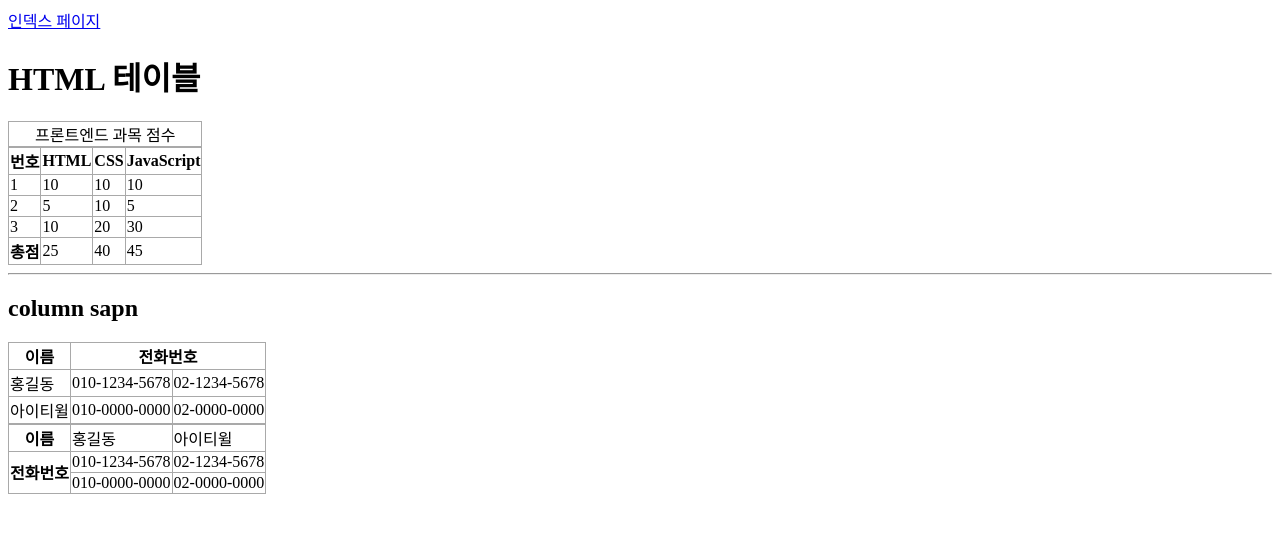
Repository: Sid0130/HTML
Page: lab-web/lab01_html/src/main/webapp/table.html
These files come from the project's save history. The page is drawn as it stood at one moment and after the next save; the edit follows.
The browser window is 1280 px wide. The pictures show the whole page.

Above is the page before, as saved 2024-12-03 08:03:30.

### lab-web/lab01_html/src/main/webapp/table.html
<!DOCTYPE html>
<html>
	<head>
		<meta charset="UTF-8">
		<title>Lab01</title>

        <!-- CSS 설정: -->
        <style>
            table, th, td, caption {
                border: 1px solid darkgray;
                border-collapse: collapse;
            }
        </style>
	</head>
	<body>
		<a href="index.html">인덱스 페이지</a>

        <h1>HTML 테이블</h1>
        <table>
            <caption>프론트엔드 과목 점수</caption>
                <thead> <!-- table header(표 머릿글): 컬럼 이름 -->
                    <tr> <!-- table row(표 행) -->
                        <th>번호</th> <!-- table cell header -->
                        <th>HTML</th>
                        <th>CSS</th>
                        <th>JavaScript</th>
                    </tr>
                </thead>
                <tbody> <!-- table body(표 몸통) -->
                    <tr>
                        <td>1</td><!-- table cell data -->
                        <td>10</td>
                        <td>10</td>
                        <td>10</td>
                    </tr>
                    <tr>
                        <td>2</td>
                        <td>5</td>
                        <td>10</td>
                        <td>5</td>
                    </tr>
                    <tr>
                        <td>3</td>
                        <td>10</td>
                        <td>20</td>
                        <td>30</td>
                    </tr>
                </tbody>
                <tfoot> <!-- table footer(표 꼬릿글) -->
                    <tr>
                        <th>총점</th>
                        <td>25</td>
                        <td>40</td>
                        <td>45</td>
                    </tr>
                </tfoot>
        </table>

        <hr>
        <h2>column sapn</h2>

        <table>
            <thead>
                <tr>
                    <th>이름</th>
                    <th colspan="2">전화번호</th>
                </tr>
            </thead>
            <tbody>
                <tr>
                    <td>홍길동</td>
                    <td>010-1234-5678</td>
                    <td>02-1234-5678</td>
                </tr>
                <tr>
                    <td>아이티윌</td>
                    <td>010-0000-0000</td>
                    <td>02-0000-0000</td>
                </tr>
            </tbody>
        </table>

        <table>
            <tbody>
                <tr>
                    <th>이름</th>
                    <td>홍길동</td>
                    <td>아이티윌</td>
                </tr>
                <tr>
                    <th rowspan="2">전화번호</th>
                    <td>010-1234-5678</td>
                    <td>02-1234-5678</td>
                </tr>
                    <td>010-0000-0000</td>
                    <td>02-0000-0000</td>
            </tbody>
        </table>
	</body>
</html>

After the next save:
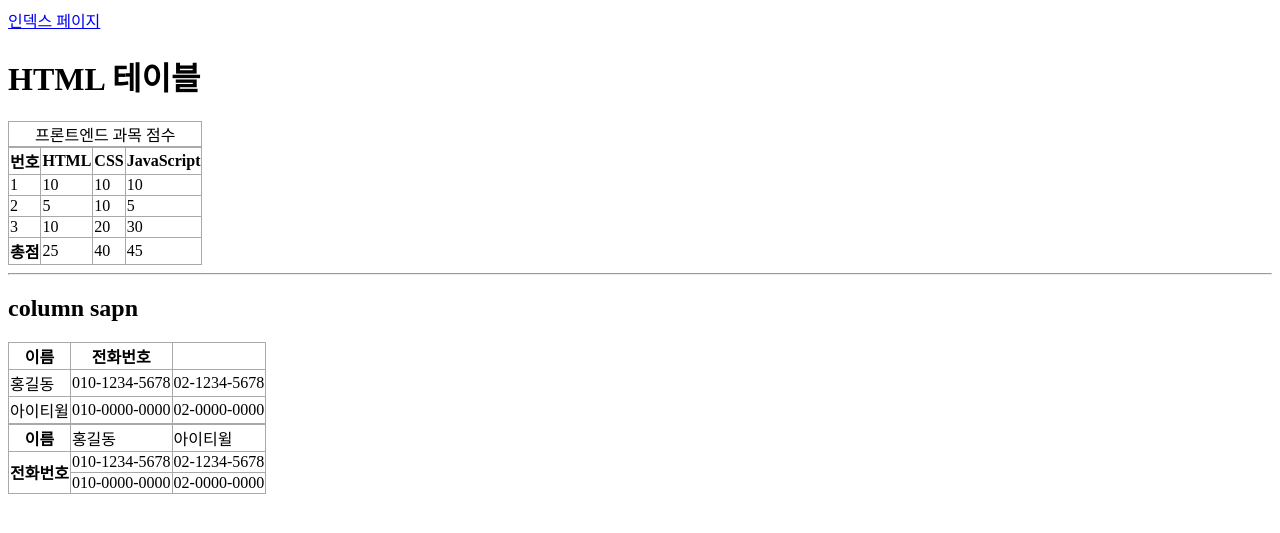
Saved 4 min 21 s later.
--- a/lab-web/lab01_html/src/main/webapp/table.html
+++ b/lab-web/lab01_html/src/main/webapp/table.html
@@ -11,6 +11,7 @@
                 border-collapse: collapse;
             }
         </style>
+
 	</head>
 	<body>
 		<a href="index.html">인덱스 페이지</a>
@@ -63,7 +64,7 @@
             <thead>
                 <tr>
                     <th>이름</th>
-                    <th colspan="2">전화번호</th>
+                    <th colspan="1">전화번호</th>
                 </tr>
             </thead>
             <tbody>

After the save that followed:
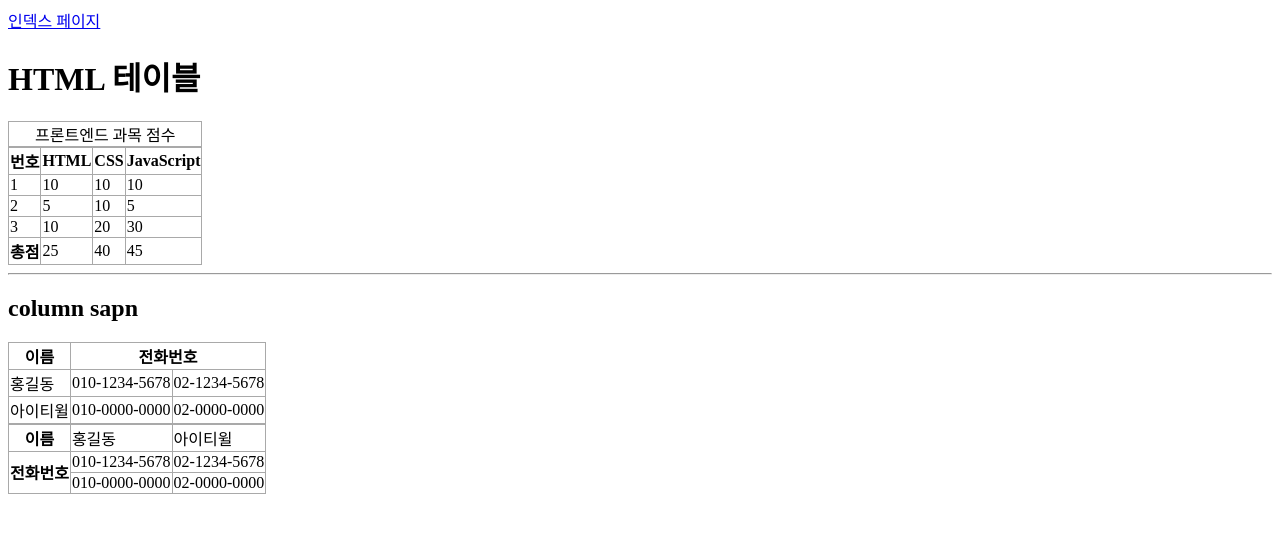
Saved 7 s later.
--- a/lab-web/lab01_html/src/main/webapp/table.html
+++ b/lab-web/lab01_html/src/main/webapp/table.html
@@ -64,7 +64,7 @@
             <thead>
                 <tr>
                     <th>이름</th>
-                    <th colspan="1">전화번호</th>
+                    <th colspan="2">전화번호</th>
                 </tr>
             </thead>
             <tbody>
